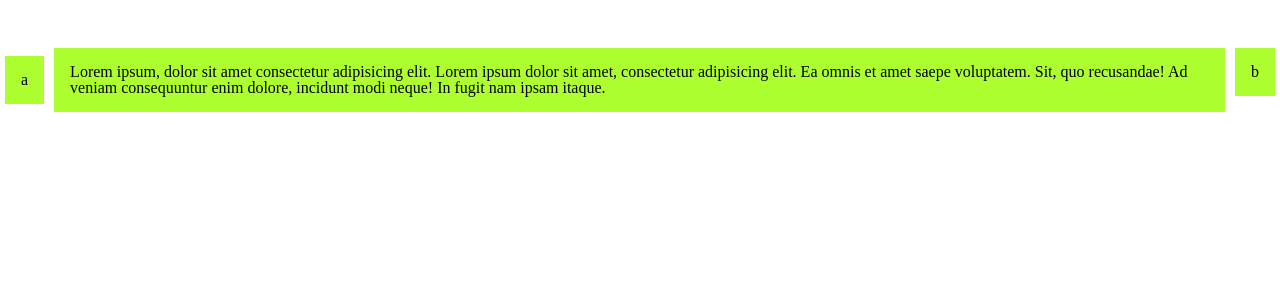
Repository: Giangattt123/HTML-CSS
Page: CSS/Flexbox/index.html
The author's editor kept a copy of each file at every save. The page is drawn from the files as they stood at one save, then again after the next save.
The browser window is 1280 px wide. The pictures show the whole page.

Above is the page before, as saved 2023-04-26 15:34:19.

### CSS/Flexbox/index.html
<!DOCTYPE html>
<html lang="en">
  <head>
    <meta charset="UTF-8" />
    <meta http-equiv="X-UA-Compatible" content="IE=edge" />
    <meta name="viewport" content="width=device-width, initial-scale=1.0" />
    <title>Flexbox</title>
    <link rel="stylesheet" href="style.css" />
    <link rel="stylesheet" href="reset.css" />
  </head>
  <body>
    <ul class="list">
      <li class="list-item">a</li>
      <li class="list-item">
        Lorem ipsum, dolor sit amet consectetur adipisicing elit. Lorem ipsum
        dolor sit amet, consectetur adipisicing elit. Ea omnis et amet saepe
        voluptatem. Sit, quo recusandae! Ad veniam consequuntur enim dolore,
        incidunt modi neque! In fugit nam ipsam itaque.
      </li>
      <li class="list-item">b</li>
    </ul>
  </body>
</html>

### CSS/Flexbox/style.css
*,
*:before *:after {
  box-sizing: border-box;
}
html {
  font-size: 62.5%;
}
body {
  font-family: "Poppins", sans-serif;
  font-size: 1.6rem;
  font-weight: normal;
}
img {
  display: block;
  max-width: 100%;
}
input,
textarea,
select,
button {
  outline: none;
}
input {
  line-height: normal;
}
label,
button {
  cursor: pointer;
}
a {
  text-decoration: none;
}
.list {
  display: flex;
  /* flex-direction: row-reverse; */
  align-items: flex-start;
  align-items: flex-end;
  align-items: center;
  margin-top: 3rem;
}
.list-item {
  padding: 1rem;
  background-color: greenyellow;
  margin: 0 5px;
}
.list-item:last-child {
  align-self: baseline;
}

Loaded but not shown: CSS/Flexbox/reset.css (common file)

After the next save:
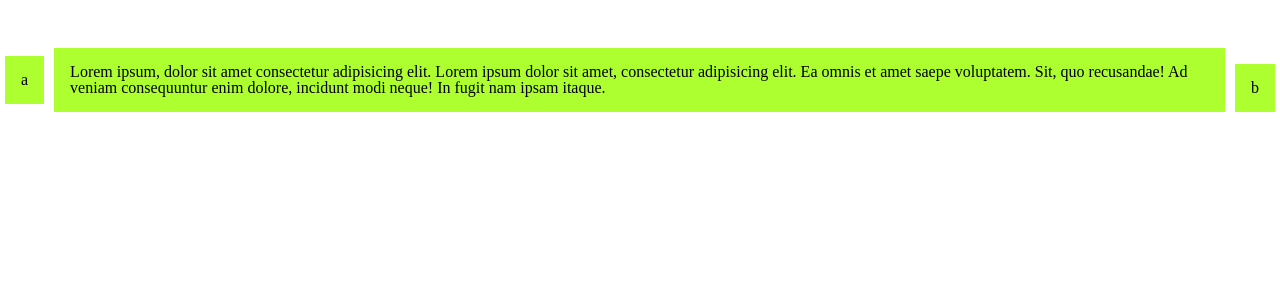
Saved 9 s later.
--- a/CSS/Flexbox/style.css
+++ b/CSS/Flexbox/style.css
@@ -44,5 +44,5 @@ a {
   margin: 0 5px;
 }
 .list-item:last-child {
-  align-self: baseline;
+  align-self: flex-end;
 }
